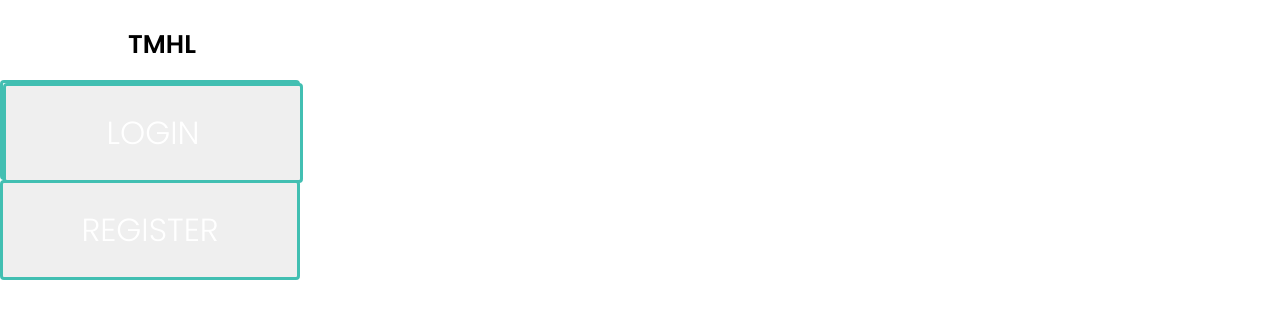
Repository: vu9ar/vu9ar.github.io
Page: WelcomePage/welcome.html
The author's editor kept a copy of each file at every save. The page is drawn from the files as they stood at one save, then again after the next save.
The browser window is 1280 px wide. The pictures show the whole page.

Above is the page before, as saved 2022-03-27 18:33:05.

After the next save:
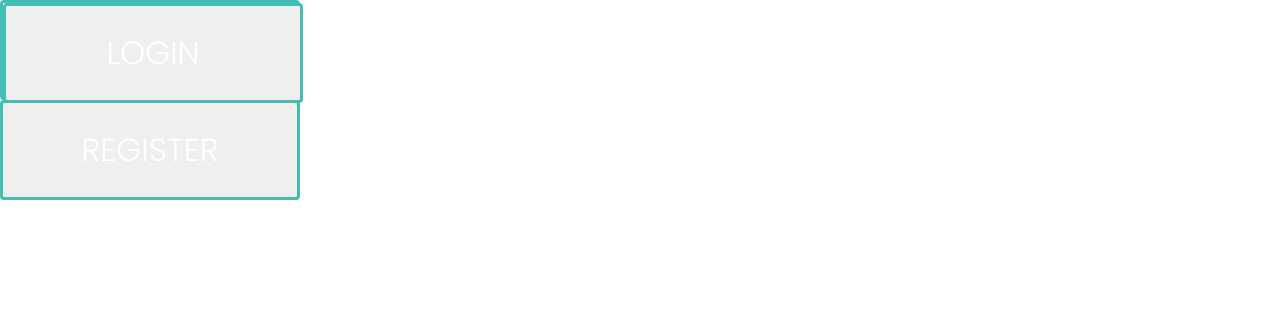
Saved 3 min 15 s later.
--- a/WelcomePage/welcome.html
+++ b/WelcomePage/welcome.html
@@ -26,10 +26,6 @@
         </h1>
     </div>
 
-    <header>
-        <h4>TMHL</h4>
-    </header>
-
     <form action="../loginRegister/loginForVerified.html" class="button">
         <button class="button">LOGIN</button>
     </form>
